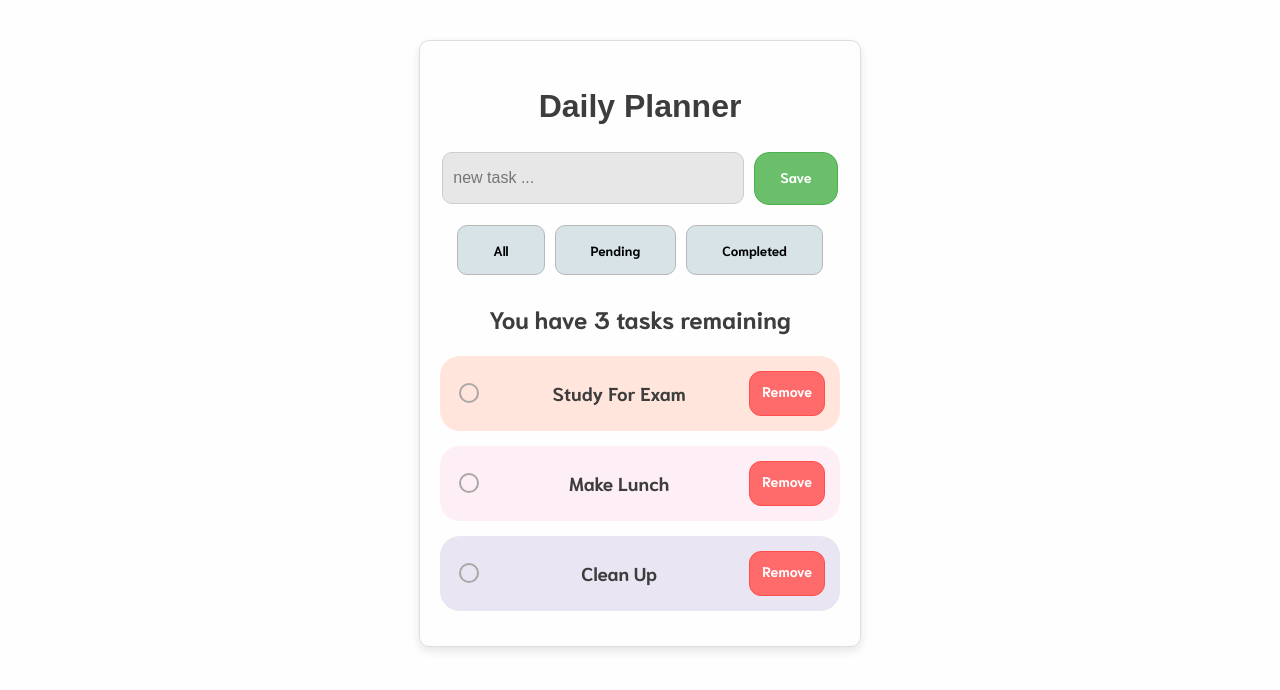
Repository: Zalida-Khan/Frontend-Lab4
Page: /
An editor plug-in stored every save of this project. The page is shown before and after a run of saves, followed by the edit.
The browser window is 1280 px wide. The pictures show the whole page.
Some web fonts or font styles are not loaded; a fallback is used. The project was rebuilt for these pictures with package versions that can differ from the ones it lists, and the page was loaded fresh each time. Also part of the build but not shown: vite.config.js.

Above is the page before, as saved 2024-10-29 23:08:20.

### index.html
<!doctype html>
<html lang="en">

<head>
  <meta charset="UTF-8" />
  <link rel="icon" type="image/svg+xml" href="/vite.svg" />
  <meta name="viewport" content="width=device-width, initial-scale=1.0" />
  <title>Daily Planner</title>
</head>

<body>
  <div id="root"></div>
  <script type="module" src="/src/main.jsx"></script>
</body>

</html>

### src/App.jsx
import "./App.css";
import React, { useState } from "react";
import Task from "./components/Task";
import TaskForm from "./components/TaskForm";

function App() {
  const [tasks, setTasks] = useState([
    { id: 1, text: "Study For Exam", completed: false },
    { id: 2, text: "Make Lunch", completed: false },
    { id: 3, text: "Clean Up", completed: false },
  ]);


  const [filter, setFilter] = useState("All");

  const addTask = (text) =>
    setTasks([...tasks, { id: Date.now(), text, completed: false }]);

  const toggleTask = (id) =>
    setTasks(
      tasks.map((task) =>
        task.id === id ? { ...task, completed: !task.completed } : task
      )
    );

  const removeTask = (id) => setTasks(tasks.filter((task) => task.id !== id));

  const handleFilterChange = (newFilter) => setFilter(newFilter);

  const filteredTasks = tasks.filter((task) => {
    if (filter === "Completed") return task.completed;
    if (filter === "Pending") return !task.completed;
    return true;
  });

  const remainingTasks = tasks.filter((task) => !task.completed).length;

  return (
    <div className="app">
      <header>
        <h1>Daily Planner</h1>
      </header>
      <TaskForm addTask={addTask} />
      <div className="filter-buttons">
        <button onClick={() => handleFilterChange("All")}>All</button>
        <button onClick={() => handleFilterChange("Pending")}>Pending</button>
        <button onClick={() => handleFilterChange("Completed")}>Completed</button>
      </div>
      <h2>
        You have {remainingTasks}{" "}
        {remainingTasks === 1 ? "task" : "tasks"} remaining
      </h2>
      <div className="task-list">
      {filteredTasks.map((task) => (
          <Task
            key={task.id}
            task={task}
            toggleTask={toggleTask}
            removeTask={removeTask}
            isDisabled={task.completed}
          />
        ))}
      </div>
    </div>
  );
}

export default App;

### src/index.css
:root {
  font-family: Inter, system-ui, Avenir, Helvetica, Arial, sans-serif;
  line-height: 1.5;
  font-weight: 400;

  color-scheme: light dark;
  color: rgba(0, 0, 0, 0.87);
  background-color: #fefefe;

  font-synthesis: none;
  text-rendering: optimizeLegibility;
  -webkit-font-smoothing: antialiased;
  -moz-osx-font-smoothing: grayscale;
}

### src/App.css
@font-face {
  font-family: "Ruska";
  src: url("../fonts/RuskaDisplay-Regular.otf") format("opentype");
  font-weight: normal;
  font-style: normal;
}

@font-face {
  font-family: "Niramit";
  src: url("../fonts/Niramit-Bold.ttf") format("truetype");
  font-weight: normal;
  font-style: normal;
}

#root {
  max-width: 1280px;
  margin: 0 auto;
  padding: 2rem;
  text-align: center;
  font-family: "Niramit", sans-serif;
  color: #3d3d3d;
}

.app {
  width: 400px;
  margin: 0 auto;
  padding: 20px;
  font-family: "Niramit", sans-serif;
  border: 1px solid #ddd;
  border-radius: 10px;
  box-shadow: 0 4px 10px rgba(0, 0, 0, 0.1);
}

h1 {
  font-family: "Ruska", sans-serif;
  font-weight: 50px;
  color: #3d3d3d;
}

.task-list {
  margin-top: 20px;
}

.task {
  display: flex;
  align-items: center;
  justify-content: space-between;
  margin-bottom: 15px;
  padding: 15px;
  border-radius: 20px;
  font-family: "Niramit", sans-serif;
}

.task:nth-child(6n+1) {
  background-color: #ffe5db;
}

.task:nth-child(6n+2) {
  background-color: #feeef5;
}

.task:nth-child(6n+3) {
  background-color: #e9e5f3;
}

.task:nth-child(6n+4) {
  background-color: #e0edf4;
}

.task:nth-child(6n+5) {
  background-color: #f0f8e6;
}

.task:nth-child(6n) {
  background-color: #fbfbef;
}

.task h3 {
  margin: 0;
  flex-grow: 1;
  text-decoration: none;
  font-family: "Niramit", sans-serif;
}

.task.completed h3 {
  text-decoration: line-through 2px solid;
}

.checkmark {
  appearance: none;
  width: 20px;
  height: 20px;
  border-radius: 50%;
  border: 2px solid #aba7a7;
  background-color: transparent;
  display: flex;
  align-items: center;
  justify-content: center;
  cursor: pointer;
  margin-right: 10px;
}

.checkmark:checked {
  background-color: #c6eada;
  border: 2px solid #198754;
}

.checkmark:checked::after {
  content: '✔️';
  color: #3d3d3d;
}

.checkmark:disabled {
  cursor: not-allowed;
  background-color: #d3d3d3;
  border-color: #d3d3d3;
}

.delete-btn {
  padding: 10px 12px;
  border-radius: 12px;
  padding-bottom: 15px;
  font-family: "Niramit", sans-serif;
  background-color: #ff6b6b;
  border: 1px solid #ff4c4c;
  color: white;
  cursor: pointer;
  font-size: 14px;
  transition: background-color 0.3s;
}

.delete-btn:hover {
  background-color: #ff4c4c;
}

.save-btn {
  padding: 15px 25px;
  border-radius: 15px;
  padding-bottom: 18px;
  background-color: #6bbf6b;
  border: 1px solid #4cae4c;
  font-family: "Niramit", sans-serif;
  color: white;
  cursor: pointer;
  font-size: 14px;
  transition: background-color 0.3s;
}

.save-btn:hover {
  background-color: #4cae4c;
}

.input-field {
  width: 70%;
  height: 30px;
  padding: 10px;
  border-radius: 10px;
  background-color: #e8e7e7;
  margin-right: 10px;
  border: 1px solid #ccc;
  font-size: 16px;
  outline: none;
  color: black;
  transition: border-color 0.3s;
}

.input-field:focus {
  border-color: #000000;
}

.filter-buttons {
  margin-top: 15px;
}

.filter-buttons button {
  padding: 15px 35px;
  border: 1px solid #b7b7b7;
  border-radius: 10px;
  background-color: #d8e3e7;
  font-family: "Niramit", sans-serif;
  cursor: pointer;
  color: #000000;
  transition: background-color 0.3s, color 0.3s;
  margin: 5px;
}

.filter-buttons button:hover {
  background-color: #9799b5;
}

.filter-buttons .active {
  background-color: #01543e;
  color: white;
}

### src/components/Task.jsx
import React from 'react';

function Task({ task, toggleTask, removeTask, isDisabled }) {
  return (
    <div className={`task ${task.completed ? 'completed' : ''}`}>
      <label className="checkmark-label"/>
      <input className="checkmark" type="checkbox" checked={task.completed} onChange={() => toggleTask(task.id)}
      disabled={isDisabled} />
      <h3>{task.text}</h3>
      <button className="delete-btn" onClick={() => removeTask(task.id)}>Remove</button>
    </div>
  );
}

export default Task;

### src/components/TaskForm.jsx
import React, { useState } from 'react';

function TaskForm({ addTask }) {
  const [text, setText] = useState('');

  const handleSubmit = (e) => {
    e.preventDefault();
    if (text.trim()) {
      addTask(text);
      setText('');
    }
  };

  return (
    <form onSubmit={handleSubmit}>
      <input className="input-field" type="text" value={text} onChange={(e) => setText(e.target.value)} placeholder="new task ..." />
      <button className="save-btn" type="submit">Save</button>
    </form>
  );
}

export default TaskForm;

Loaded but not shown: src/main.jsx (common file)

After the next 3 saves:
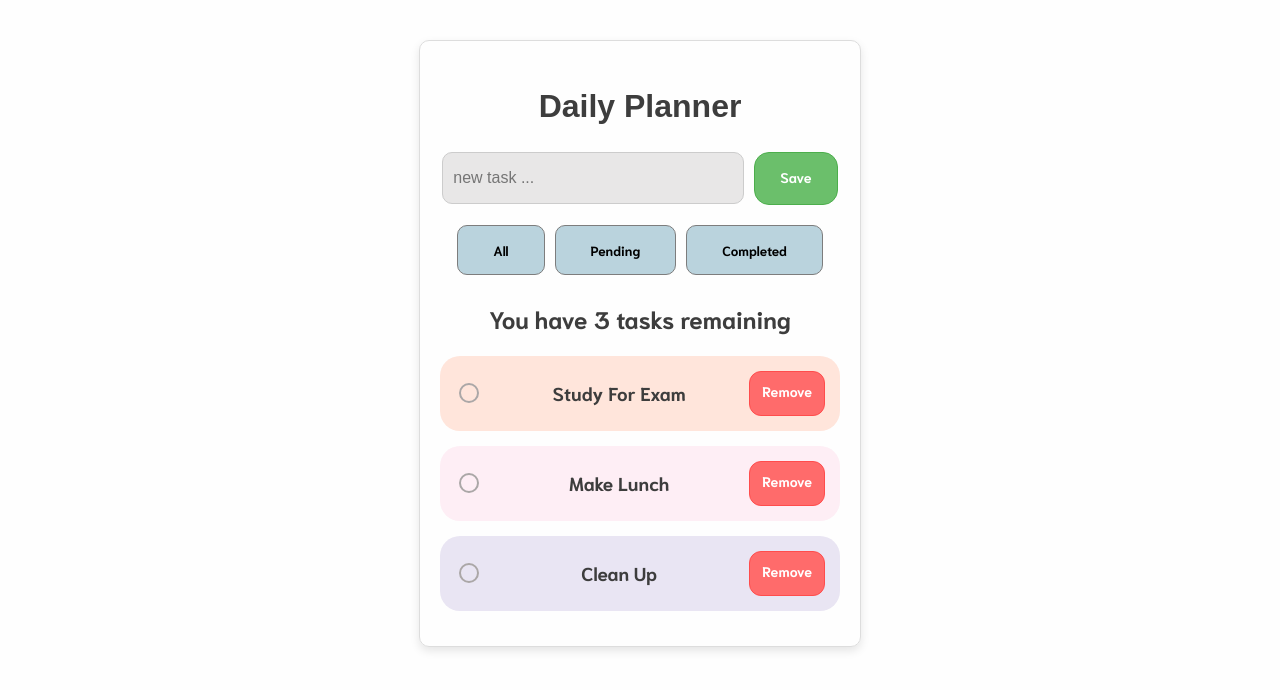
The 3 saves are shown as one change because they came seconds apart.
The last was saved 12 s later.
--- a/src/App.css
+++ b/src/App.css
@@ -174,12 +174,11 @@ h1 {
 
 .filter-buttons button {
   padding: 15px 35px;
-  border: 1px solid #b7b7b7;
+  border: 1px solid #7d7d7d;
   border-radius: 10px;
-  background-color: #d8e3e7;
+  background-color: #bad3dd;
   font-family: "Niramit", sans-serif;
   cursor: pointer;
-  color: #000000;
   transition: background-color 0.3s, color 0.3s;
   margin: 5px;
 }
